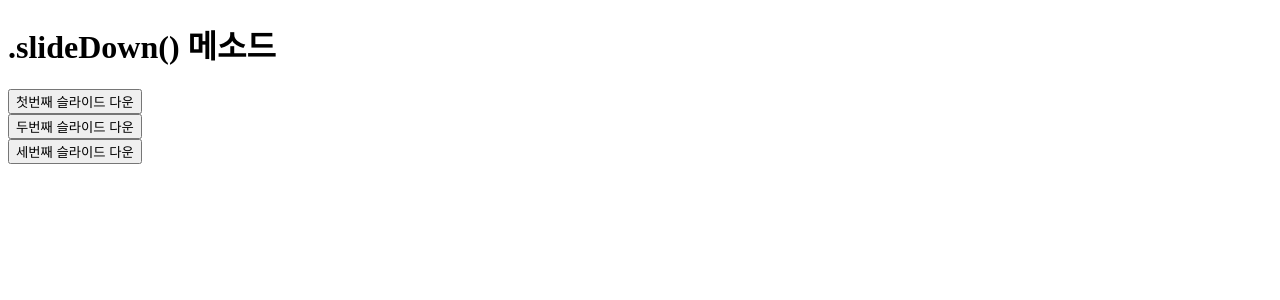
Repository: minsuk1/portfolio
Page: a.html
These files come from the project's save history. The page is drawn as it stood at one moment and after the next save; the edit follows.
The browser window is 1280 px wide. The pictures show the whole page.

Above is the page before, as saved 2021-01-01 11:46:22.

### a.html
<!DOCTYPE html>
<html lang="ko">
  <script src="https://ajax.googleapis.com/ajax/libs/jquery/3.3.1/jquery.min.js"></script>
<head>
    <meta charset="UTF-8">
    <title>jQuery .slideUp() </title>
   	<style>
     .wrap {
        height: 50px;
        background-color: #dcdcdc;
        border: 3px solid blue;
        margin: 10px;
       display: none;
      }
	</style>
    <script>
		$(function() {
        	$("#btn1").on("click", function() {
            	$("#divBox1").slideDown();
			});
            $("#btn2").on("click", function() {
            	$("#divBox2").slideDown(500);
			});
            $("#btn3").on("click", function() {
                $("#divBox3").slideDown("fast");
			});
      	});
    </script>
</head>
<body>
  <h1>.slideDown() 메소드</h1>
  <div>
    <button id="btn1">첫번째 슬라이드 다운</button>
    <div id="divBox1" class="wrap">안녕하세요.</div>
  </div>
  <div>
    <button id="btn2">두번째 슬라이드 다운</button>
    <div id="divBox2" class="wrap">devkuma입니다.</div>
  </div>
  <div>
    <button id="btn3">세번째 슬라이드 다운</button>
    <div id="divBox3" class="wrap">반갑습니다.</div>
  </div>
</body>
</html>

After the next save:
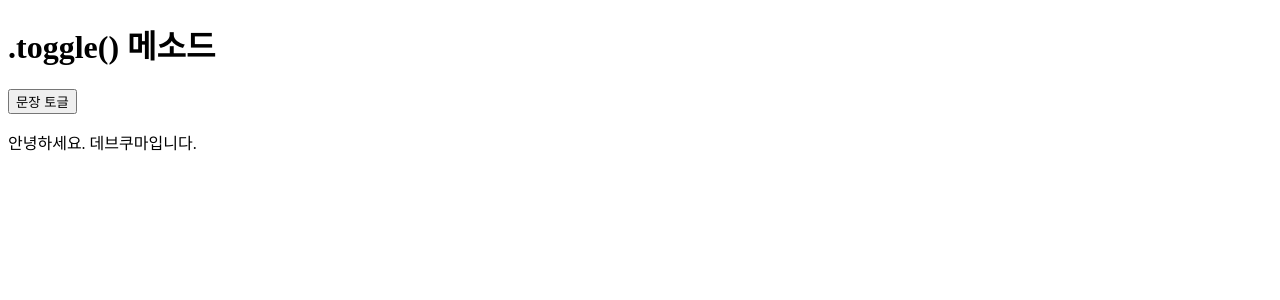
Saved 67 s later.
--- a/a.html
+++ b/a.html
@@ -1,45 +1,20 @@
 <!DOCTYPE html>
 <html lang="ko">
+<head>
   <script src="https://ajax.googleapis.com/ajax/libs/jquery/3.3.1/jquery.min.js"></script>
-<head>
-    <meta charset="UTF-8">
-    <title>jQuery .slideUp() </title>
-   	<style>
-     .wrap {
-        height: 50px;
-        background-color: #dcdcdc;
-        border: 3px solid blue;
-        margin: 10px;
-       display: none;
-      }
-	</style>
-    <script>
-		$(function() {
-        	$("#btn1").on("click", function() {
-            	$("#divBox1").slideDown();
-			});
-            $("#btn2").on("click", function() {
-            	$("#divBox2").slideDown(500);
-			});
-            $("#btn3").on("click", function() {
-                $("#divBox3").slideDown("fast");
-			});
-      	});
-    </script>
+  <script>
+  $(function() {
+    $("#btnToggle").on("click", function() {
+      $("div").toggle();
+    });
+  });
+  </script>
 </head>
 <body>
-  <h1>.slideDown() 메소드</h1>
-  <div>
-    <button id="btn1">첫번째 슬라이드 다운</button>
-    <div id="divBox1" class="wrap">안녕하세요.</div>
-  </div>
-  <div>
-    <button id="btn2">두번째 슬라이드 다운</button>
-    <div id="divBox2" class="wrap">devkuma입니다.</div>
-  </div>
-  <div>
-    <button id="btn3">세번째 슬라이드 다운</button>
-    <div id="divBox3" class="wrap">반갑습니다.</div>
-  </div>
+  <h1>.toggle() 메소드</h1>
+  <p>
+    <button id="btnToggle">문장 토글</button>
+  </p>
+  <div>안녕하세요. 데브쿠마입니다.</div>
 </body>
 </html>
